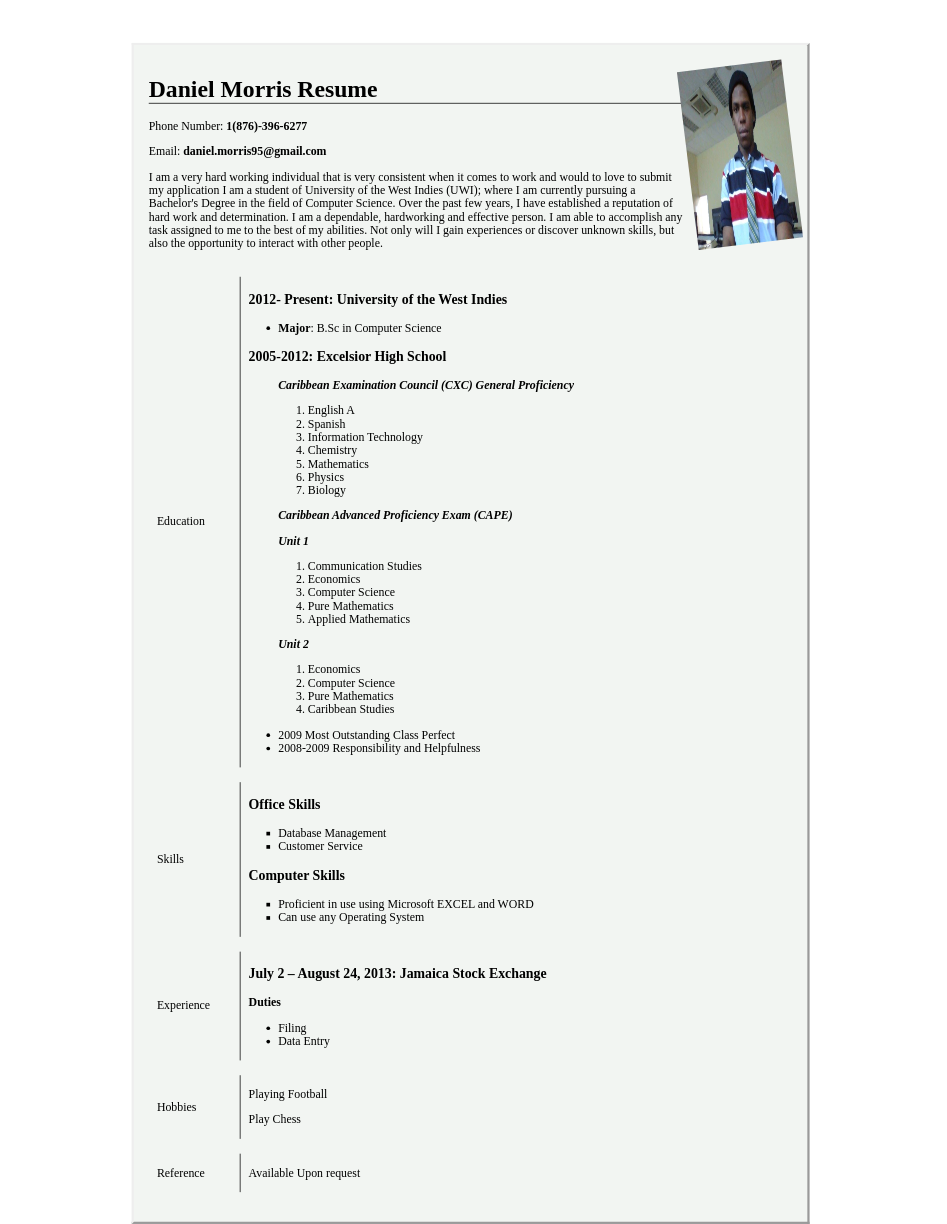
Repository: Alvezsoftware/daniel
Page: workspace/webresume.html
The author's editor kept a record of every edit. The page is drawn from the files as they stood at one moment, then again after the next edit.
The browser window is 1280 px wide. The pictures show the whole page, at 74% of full size.

Above is the page before.

After the next edit:
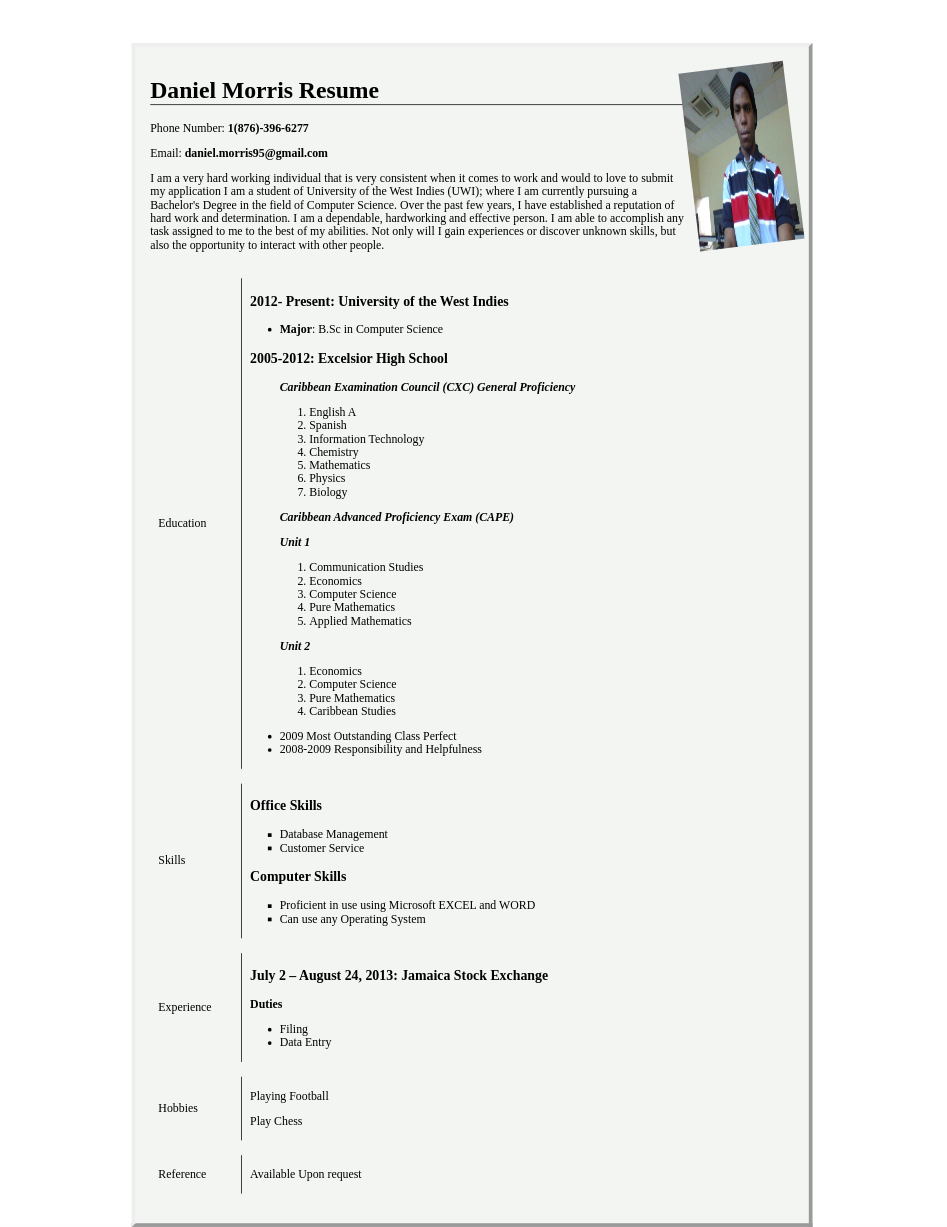
The edit:
--- a/workspace/stylesheet.css
+++ b/workspace/stylesheet.css
@@ -1,5 +1,6 @@
 
 div{
+    border:5px;
     border-style:outset;
     padding:20px;
     margin: 50px 170px;
